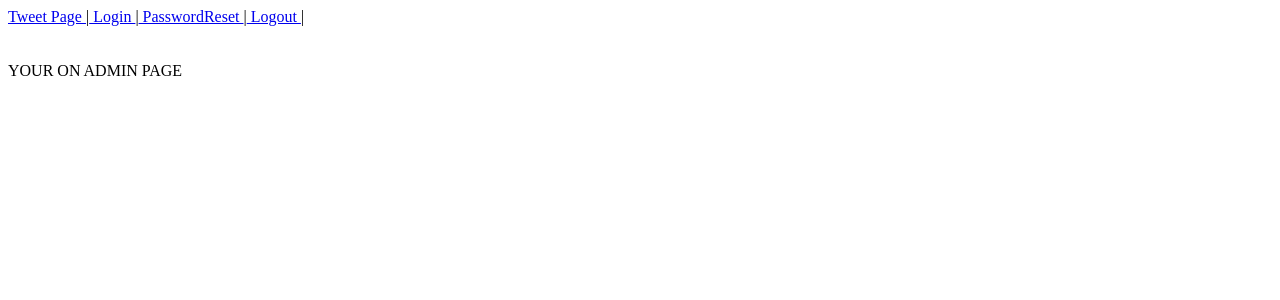
Repository: SriMerla/ServletsAndJsps
Page: http://localhost/WebApplicationProject/admin.jsp
An editor plug-in stored every save of this project. The page is shown before and after the next save, followed by the edit.
The browser window is 1280 px wide. The pictures show the whole page.
The page is served by Tomcat 9. Other server files are loaded and not shown.

Above is the page before, as saved 2020-01-30 04:07:47.

### Servlets/WebApplicationProject/WebContent/admin.jsp
<%@ page language="java" contentType="text/html; charset=ISO-8859-1"
    pageEncoding="ISO-8859-1"%>
<!DOCTYPE html PUBLIC "-//W3C//DTD HTML 4.01 Transitional//EN" "http://www.w3.org/TR/html4/loose.dtd">
<html>
<head>
<meta http-equiv="Content-Type" content="text/html; charset=ISO-8859-1">
<title>Admin Page</title>

</head>
<body>

 <a href='http://localhost:8080/WebApplicationProject/tweet.html'> Tweet Page </a>|<a href='http://localhost:8080/WebApplicationProject/login.html'> Login </a>|<a href='http://localhost:8080/WebApplicationProject/passwordReset.html'> PasswordReset </a>|<a href='http://localhost:8080/WebApplicationProject/logout.jsp'> Logout </a>|<br/><br/><br/>
    <form action="admin">

      YOUR ON ADMIN PAGE
  </form>


</body>
</html>

After the next save:
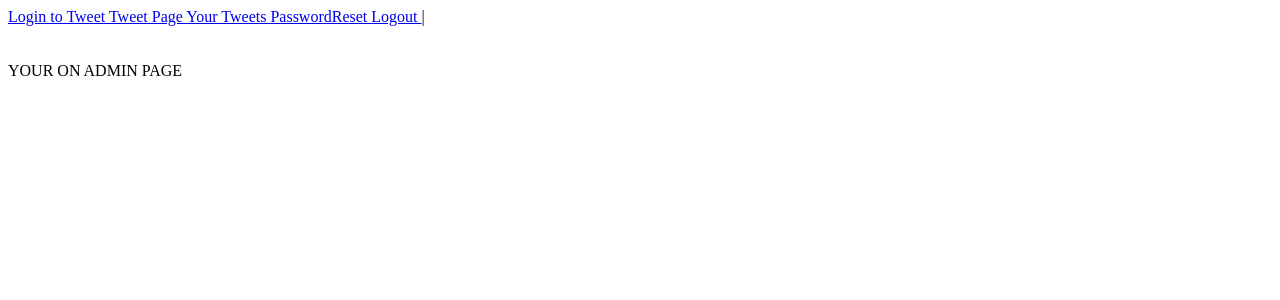
Saved 7 min 30 s later.
--- a/Servlets/WebApplicationProject/WebContent/admin.jsp
+++ b/Servlets/WebApplicationProject/WebContent/admin.jsp
@@ -8,9 +8,13 @@
 
 </head>
 <body>
+<a href='http://localhost:8080/WebApplicationProject/login.html'> Login to Tweet </a>
+ <a href='http://localhost:8080/WebApplicationProject/tweet.html'> Tweet Page </a>
+ <a href='http://localhost:8080/WebApplicationProject/TweetView.html'> Your Tweets </a>
+ <a href='http://localhost:8080/WebApplicationProject/passwordReset.html'> PasswordReset </a>
+ <a href='http://localhost:8080/WebApplicationProject/logout.jsp'> Logout </a>|<br/><br/><br/>
 
- <a href='http://localhost:8080/WebApplicationProject/tweet.html'> Tweet Page </a>|<a href='http://localhost:8080/WebApplicationProject/login.html'> Login </a>|<a href='http://localhost:8080/WebApplicationProject/passwordReset.html'> PasswordReset </a>|<a href='http://localhost:8080/WebApplicationProject/logout.jsp'> Logout </a>|<br/><br/><br/>
-    <form action="admin">
+ <form action="admin">
 
       YOUR ON ADMIN PAGE
   </form>
